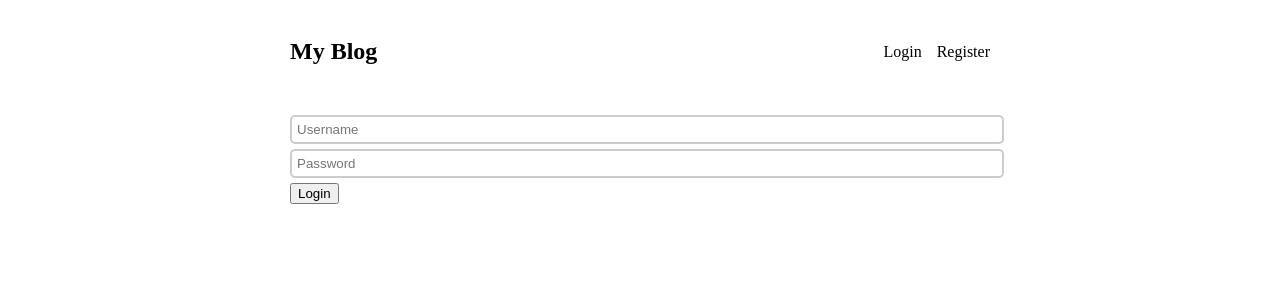
Repository: AtenaHatta/blog-app
Page: /login (app in client/vite-project/)
The author's editor kept a copy of each file at every save. The page is drawn from the files as they stood at one save, then again after the next save.
The browser window is 1280 px wide. The pictures show the whole page.
The project was rebuilt for these pictures with package versions that can differ from the ones it lists, and the page was loaded fresh each time. Also part of the build but not shown: client/vite-project/src/Post.jsx, client/vite-project/src/pages/IndexPage.jsx, client/vite-project/src/pages/RegisterPage.jsx, client/vite-project/src/index.css.

Above is the page before, as saved 2023-05-23 23:00:06.

### client/vite-project/src/App.jsx
import './App.css'
import Post from './Post'
import Header from './Header'
import Layout from '@/Layout'
import IndexPage from '@/pages/IndexPage'
import LoginPage from '@/pages/LoginPage'
import RegisterPage from '@/pages/RegisterPage'
import { Routes, Route } from 'react-router-dom'

function App() {

  return (
    <Routes>
    <Route path='/' element={<Layout />} >
      <Route index element={<IndexPage />} />
      <Route path='/login' element={<LoginPage />} />
      <Route path='/register' element={<RegisterPage />}/>
      </Route>
    </Routes>
  )
}

export default App

### client/vite-project/src/App.css
body{
  background-color: white;
  color: black;
}

img{
  max-width: 100%;
}

main{
  padding: 10px;
  max-width: 700px;
  margin: 0 auto;
}

header{
  display: flex;
  justify-content: space-between;
  margin-top: 20px;
  margin-bottom: 50px;
  align-items: center;
}

header a{
  text-decoration: none;
  color: inherit;
}

header a.logo{
  font-weight: bold;
  font-size: 1.5rem;
}

header nav{
  display: flex;
  gap: 15px;
}

div.post{
  display: grid;
  grid-template-columns: 0.9fr 1.1fr;
  gap: 20px;
  margin-bottom: 30px;
}

div.post div.texts h2{
  margin: 0;
  font-size: 1.8rem;
}

div.post p.info{
  margin: 6px 0;
  color: #888;
  font-size: 0.7rem;
  font-weight:  bold;
  display: flex;
  gap: 10px;
}

div.post info a.author{
  color: #333;
}

div.post p.summary{
  margin: 10px 0;
  line-height: 1.4rem;
}

form.login, form.register{
  max-width: 400px;
  margin: 0 auto;
}

input{
  display: block;
  margin-bottom:  5px;
  width: 100%;
  padding: 5px;
  border: 2px solid #ccc;
  border-radius: 5px;
  background-color: #fff;
}

### client/vite-project/src/Header.jsx
export default function Header() {

    return(
        <header>
        <a href='' className='logo'>My Blog</a>
        <nav>
          <a href=''>Login</a>
          <a href=''>Register</a>
        </nav>
      </header>
    )
}

### client/vite-project/src/Layout.jsx
import Header from './Header';
import { Outlet } from 'react-router-dom';

export default function Layout(){
    return(
    <main>
        <Header />
        <Outlet />
    </main>
    );
}

### client/vite-project/src/pages/LoginPage.jsx
export default function LoginPage() {
    return(
        <div>
            <form action='login'>
                <input type="text" placeholder="Username" />
                <input type="password" placeholder="Password" />
                <button>Login</button>
            </form>
        </div>
    )
}

Loaded but not shown: client/vite-project/index.html (common file); client/vite-project/src/main.jsx (common file)

After the next save:
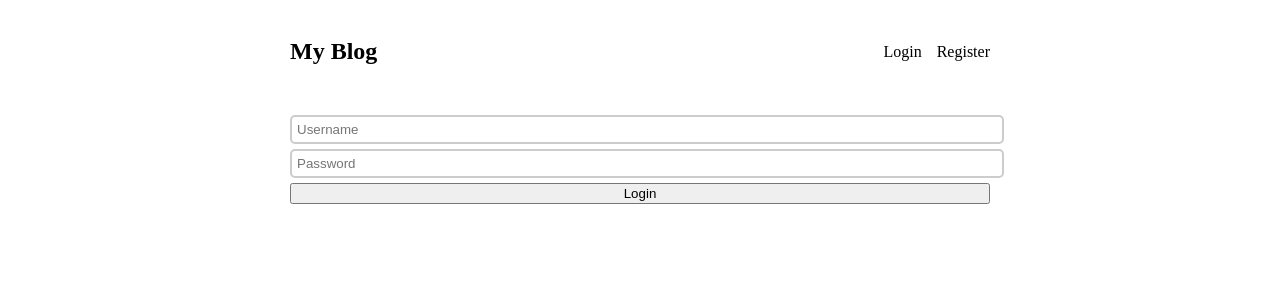
Saved 79 s later.
--- a/client/vite-project/src/App.css
+++ b/client/vite-project/src/App.css
@@ -80,3 +80,8 @@ input{
   border-radius: 5px;
   background-color: #fff;
 }
+
+button{
+  width: 100%;
+  display: block;
+}
